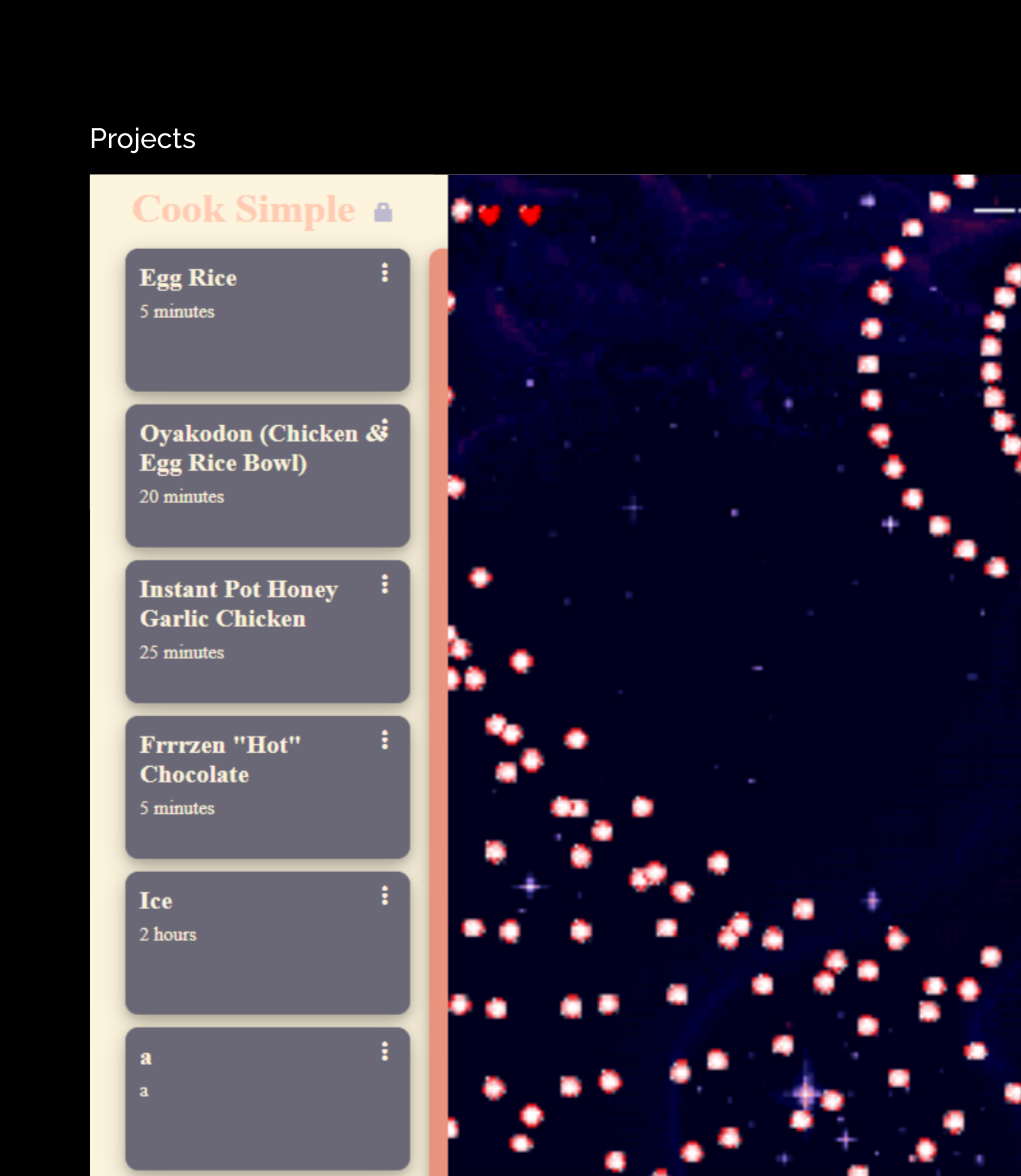
Repository: oqueuo/personal-site
Page: index.html
These files come from the project's save history. The page is drawn as it stood at one moment and after the next save; the edit follows.
The browser window is 1280 px wide. The page is 1459 px wide, then 1280 px, so the pictures cover 1459 px, including what lies to the right of the window. The pictures show the part of the page from y = 1035 to 2715 px (the page is 2744 px tall before and 2085 px after), at 70% of full size.

Above is the page before, as saved 2020-09-21 18:17:28.

After the next save:
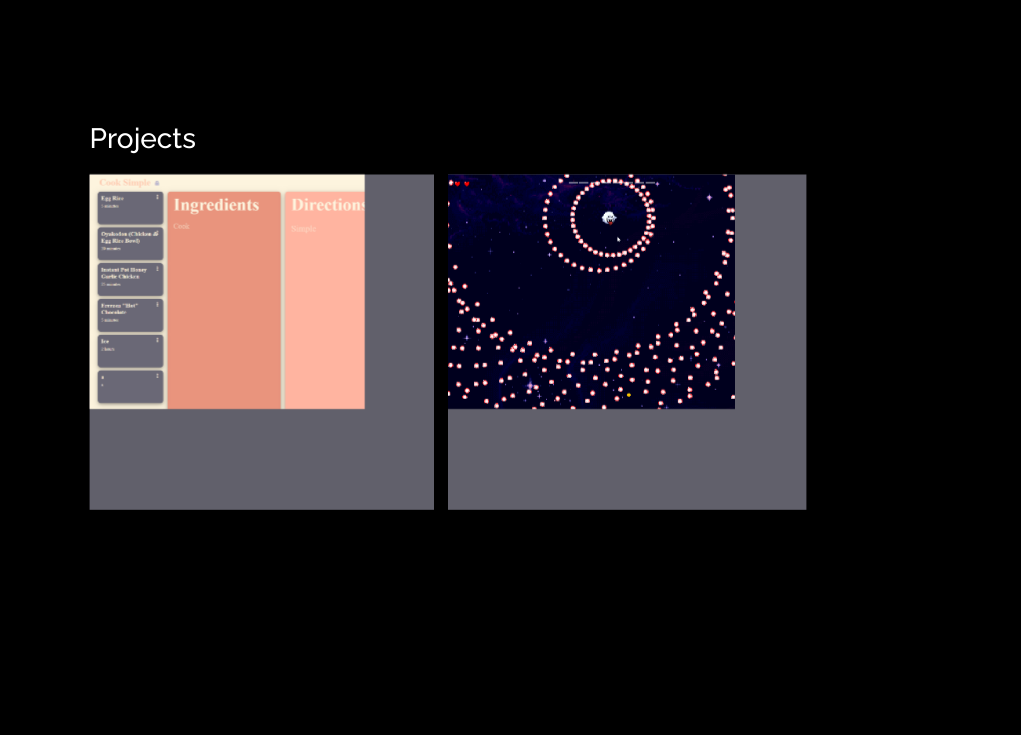
Saved 6 s later.
--- a/styles.css
+++ b/styles.css
@@ -120,8 +120,7 @@ ul a:active, #email:active, .more-info-on-github:active {
     background-color: rgb(97, 96, 107);
     height: 100%;
     width: 100%;
-    padding-left: auto !important;
-    padding-right: auto !important;
+    position: relative;
 }
 .project-card-content {
     width: 80%;
